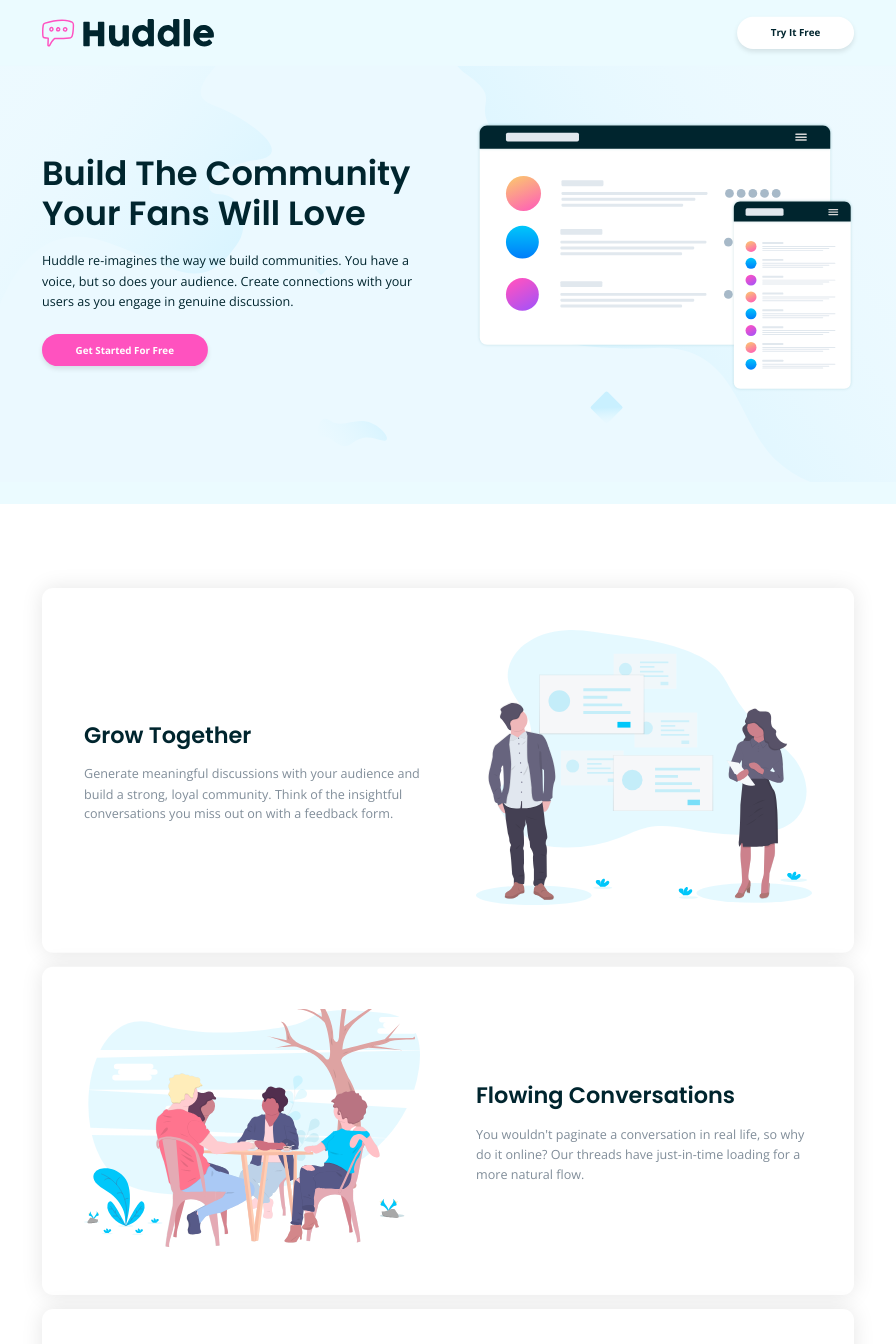
Repository: blordeus/huddle-landing-page
Page: index.html
The author's editor kept a copy of each file at every save. The page is drawn from the files as they stood at one save, then again after a run of saves.
The browser window is 1280 px wide. The pictures show the part of the page from y = 0 to 1920 px (the page is 3338 px tall), at 70% of full size.

Above is the page before, as saved 2025-07-01 11:27:06.

### index.html
<!DOCTYPE html>
<html lang="en">
<head>
  <meta charset="UTF-8">
  <meta name="viewport" content="width=device-width, initial-scale=1.0">
  <link rel="icon" type="image/png" sizes="32x32" href="./images/favicon-32x32.png">
  <title>Frontend Mentor | Huddle landing page with alternating feature blocks</title>

  <!-- Google Fonts -->
  <link rel="preconnect" href="https://fonts.googleapis.com">
  <link rel="preconnect" href="https://fonts.gstatic.com" crossorigin>
  <link href="https://fonts.googleapis.com/css2?family=Poppins:wght@600&family=Open+Sans:wght@400;700&display=swap" rel="stylesheet">
  <link rel="stylesheet" type="text/css" href="styles.css" />

  <!-- Font Awesome for social icons -->
  <link rel="stylesheet" href="https://cdnjs.cloudflare.com/ajax/libs/font-awesome/6.0.0/css/all.min.css">
</head>

<body>
  <div class="bg-wrapper">
  <!-- Header -->
  <header class="header">
    <div class="container">
      <div class="header-content">
        <img src="./images/logo.svg" alt="Logo">
        <a href="#" class="btn btn-outline">Try It Free</a>
      </div>
    </div>
  </header>

  <!-- Hero Section -->
  <section class="hero">
    <div class="container">
      <div class="hero-content">
        <div class="hero-text">
          <h1>Build The Community Your Fans Will Love</h1>
          <p>Huddle re-imagines the way we build communities. You have a voice, but so does your audience. Create connections with your users as you engage in genuine discussion.</p>
          <a href="#" class="btn">Get Started For Free</a>
        </div>
        <div class="hero-image">
          <img src="./images/illustration-mockups.svg" alt="Desktop and mobile chat interface showing community conversations">
        </div>
      </div>
    </div>
  </section>
  </div>

  <!-- Features Section -->
  <section class="features">
    <div class="container">
      <div class="feature">
        <div class="feature-content">
          <h2>Grow Together</h2>
          <p>Generate meaningful discussions with your audience and build a strong, loyal community. Think of the insightful conversations you miss out on with a feedback form.</p>
        </div>
        <div class="feature-image">
          <img src="./images/illustration-grow-together.svg" alt="Illustration of people having meaningful conversations and building community">
        </div>
      </div>

      <div class="feature">
        <div class="feature-content">
          <h2>Flowing Conversations</h2>
          <p>You wouldn't paginate a conversation in real life, so why do it online? Our threads have just-in-time loading for a more natural flow.</p>
        </div>
        <div class="feature-image">
          <img src="./images/illustration-flowing-conversation.svg" alt="Illustration of natural flowing conversation interface with seamless chat threads">
        </div>
      </div>

      <div class="feature">
        <div class="feature-content">
          <h2>Your Users</h2>
          <p>It takes no time at all to integrate Huddle with your app's authentication solution. This means, once signed in to your app, your users can start chatting immediately.</p>
        </div>
        <div class="feature-image">
          <img src="./images/illustration-your-users.svg" alt="Illustration showing easy user authentication and immediate chat access">
        </div>
      </div>
    </div>
  </section>

  <!-- Call to Action -->
  <section class="cta">
    <div class="container">
      <h2>Ready To Build Your Community?</h2>
      <a href="#" class="btn">Get Started For Free</a>
    </div>
  </section>

  <!-- Footer -->
  <footer class="footer">
    <div class="container">
      <a href="#" class="footer-logo">
            <img src="./images/logo.svg" alt="">
          </a>
      <div class="footer-content">
        <div class="footer-info">
          <div class="contact-info">
            <div class="contact-item">
              <img src="./images/icon-location.svg" alt="">
              <p>Lorem ipsum dolor sit amet, consectetur adipiscing elit, sed do eiusmod tempor incididunt ut labore et dolore magna aliqua</p>
            </div>
            <div class="contact-item">
              <img src="./images/icon-phone.svg" alt="">
              <p>+1-543-123-4567</p>
            </div>
            <div class="contact-item">
              <img src="./images/icon-email.svg" alt="">
              <p>example@huddle.com</p>
            </div>
          </div>
        </div>

        <div class="footer-links">
          <a href="#">About Us</a>
          <a href="#">What We Do</a>
          <a href="#">FAQ</a>
        </div>

        <div class="footer-links">
          <a href="#">Career</a>
          <a href="#">Blog</a>
          <a href="#">Contact Us</a>
        </div>

        <div class="social-icons">
          <a href="#" class="social-icon" aria-label="Facebook">
            <i class="fab fa-facebook-f"></i>
          </a>
          <a href="#" class="social-icon" aria-label="Twitter">
            <i class="fab fa-twitter"></i>
          </a>
          <a href="#" class="social-icon" aria-label="Instagram">
            <i class="fab fa-instagram"></i>
          </a>
        </div>
      </div>

      <div class="copyright">
        <p>&copy; Copyright 2018 Huddle. All rights reserved.</p>
      </div>
    </div>

    <p class="attribution">
      Challenge by <a href="https://www.frontendmentor.io?ref=challenge" target="_blank">Frontend Mentor</a>.
      Coded by <a href="#">Your Name Here</a>.
    </p>
  </footer>
</body>
</html>

### styles.css
    * {
      margin: 0;
      padding: 0;
      box-sizing: border-box;
    }

    body {
      font-family: 'Open Sans', sans-serif;
      font-size: 18px;
      line-height: 1.6;
      color: hsl(192, 100%, 9%);
    }

    .container {
      max-width: 1200px;
      margin: 0 auto;
      padding: 0 20px;
    }

    .bg-wrapper {
      background: hsl(193, 100%, 96%);
      min-height: 100vh;
      position: relative;
    }

    /* Header */
    .header {
      background: hsl(193, 100%, 96%);
      padding: 24px 0;
    }

    .header-content {
      display: flex;
      justify-content: space-between;
      align-items: center;
    }

    .header-content img {
      height: 40px;
    }

    .btn {
      background: hsl(322, 100%, 66%);
      color: white;
      border: none;
      padding: 12px 48px;
      border-radius: 24px;
      font-family: 'Open Sans', sans-serif;
      font-weight: 700;
      font-size: 14px;
      cursor: pointer;
      text-decoration: none;
      display: inline-block;
      transition: opacity 0.3s ease;
      box-shadow: 0 4px 8px rgba(0, 0, 0, 0.1);
    }

    .btn:hover {
      opacity: 0.8;
    }

    .btn-outline {
      background: white;
      box-shadow: 0 4px 8px rgba(0, 0, 0, 0.1);
      color: #00252E;
    }

    .btn-outline:hover {
      color: #808E9A;
    }

    /* Hero Section */
    .hero {
      background: hsl(199, 100%, 96%);
      background-image: url('./images/bg-hero-desktop.svg');
      background-size: cover;
      background-position: center;
      padding: 80px 0 120px;
    }

    .hero-content {
      display: grid;
      grid-template-columns: 1fr 1fr;
      gap: 80px;
      align-items: center;
    }

    .hero-text h1 {
      font-family: 'Poppins', sans-serif;
      font-weight: 600;
      font-size: 48px;
      line-height: 1.2;
      margin-bottom: 24px;
      color: hsl(192, 100%, 9%);
    }

    .hero-text p {
      font-size: 18px;
      color: hsl(192, 100%, 9%);
      margin-bottom: 32px;
      line-height: 1.6;
    }

    .hero-image {
      text-align: center;
    }

    .hero-image img {
      max-width: 100%;
      height: auto;
    }

    /* Features Section */
    .features {
      padding: 120px 0;
    }

    .feature {
      display: grid;
      grid-template-columns: 1fr 1fr;
      gap: 80px;
      align-items: center;
      margin-bottom: 20px;
      background: white;
      padding: 60px;
      border-radius: 16px;
      box-shadow: 0 0 30px rgba(0, 0, 0, 0.1);
    }

    .feature:nth-child(even) .feature-content {
      order: 2;
    }

    .feature:nth-child(even) .feature-image {
      order: 1;
    }

    .feature h2 {
      font-family: 'Poppins', sans-serif;
      font-weight: 600;
      font-size: 32px;
      margin-bottom: 16px;
      color: hsl(192, 100%, 9%);
    }

    .feature p {
      color: hsl(208, 11%, 55%);
      line-height: 1.6;
    }

    .feature-image {
      text-align: center;
    }

    .feature-image img {
      max-width: 100%;
      height: auto;
    }

    /* Call to Action */
    .cta {
      text-align: center;
      padding: 80px 0;
      background: white;
      width: 50%;
      margin: 0 auto;
      box-sizing: border-box;
      border-radius: 16px;
      box-shadow: 0 0 30px rgba(0, 0, 0, 0.1);
      position: relative;
      z-index: 2;
      transform: translateY(20%);
    }

    .cta a {
      background: hsl(322, 100%, 66%);
      color: white;
      padding: 16px 64px;
      border-radius: 24px;
      font-family: 'Open Sans', sans-serif;
      font-weight: 700;
      font-size: 14px;
      cursor: pointer;
      text-decoration: none;
      display: inline-block;
      transition: opacity 0.3s ease;
      box-shadow: 0 4px 8px rgba(0, 0, 0, 0.1);

    }

    .cta h2 {
      font-family: 'Poppins', sans-serif;
      font-weight: 600;
      font-size: 32px;
      margin-bottom: 32px;
      color: hsl(192, 100%, 9%);
    }

    /* Footer */
    .footer {
      background: hsl(192, 100%, 9%);
      color: white;
      padding: 120px 0 40px;
    }

    .footer-content {
      display: grid;
      grid-template-columns: 2fr 1fr 1fr 1fr;
      gap: 60px;
      margin-bottom: 40px;
    }

    .footer-logo {
      display: flex;
      align-items: center;
      gap: 8px;
      font-family: 'Poppins', sans-serif;
      font-weight: 600;
      font-size: 24px;
      color: white;
      text-decoration: none;
      margin-bottom: 24px;
    }

    .footer-logo .logo-icon {
      background: white;
      color: hsl(322, 100%, 66%);
    }

    .contact-info {
      display: flex;
      flex-direction: column;
      gap: 16px;
    }

    .contact-item {
      display: flex;
      align-items: flex-start;
      gap: 16px;
    }

    .contact-item i {
      margin-top: 4px;
      width: 16px;
    }

    .footer-links {
      display: flex;
      flex-direction: column;
      gap: 12px;
    }

    .footer-links a {
      color: white;
      text-decoration: none;
      transition: color 0.3s ease;
    }

    .footer-links a:hover {
      color: hsl(322, 100%, 66%);
    }

    .social-icons {
      display: flex;
      gap: 16px;
      justify-content: center;
    }

    .social-icon {
      width: 40px;
      height: 40px;
      border: 1px solid white;
      border-radius: 50%;
      display: flex;
      align-items: center;
      justify-content: center;
      color: white;
      text-decoration: none;
      transition: all 0.3s ease;
    }

    .social-icon:hover {
      color: hsl(322, 100%, 66%);
      border-color: hsl(322, 100%, 66%);
    }

    .copyright {
      text-align: center;
      font-size: 14px;
      color: hsl(208, 11%, 55%);
      padding-top: 40px;
      border-top: 1px solid hsl(208, 11%, 55%);
    }

    .attribution {
      font-size: 11px;
      text-align: center;
      margin-top: 20px;
    }

    .attribution a {
      color: hsl(228, 45%, 44%);
    }

    /* Responsive Design */
    @media (max-width: 768px) {
      .container {
        padding: 0 16px;
      }

      .hero {
        background-image: url('./images/bg-hero.svg');
      }

      .header-content {
        flex-direction: column;
        gap: 20px;
      }

      .hero-content {
        grid-template-columns: 1fr;
        gap: 40px;
        text-align: center;
      }

      .hero-text h1 {
        font-size: 32px;
      }

      .feature {
        grid-template-columns: 1fr;
        gap: 40px;
        padding: 40px 20px;
        text-align: center;
      }

      .feature:nth-child(even) .feature-content,
      .feature:nth-child(even) .feature-image {
        order: unset;
      }

      .footer-content {
        grid-template-columns: 1fr;
        gap: 40px;
        text-align: center;
      }

      .social-icons {
        justify-content: center;
      }

      .cta {
        margin: 0 16px;
        padding: 40px 20px;
      }

      .cta h2 {
        font-size: 24px;
      }
    }

After the next 2 saves:
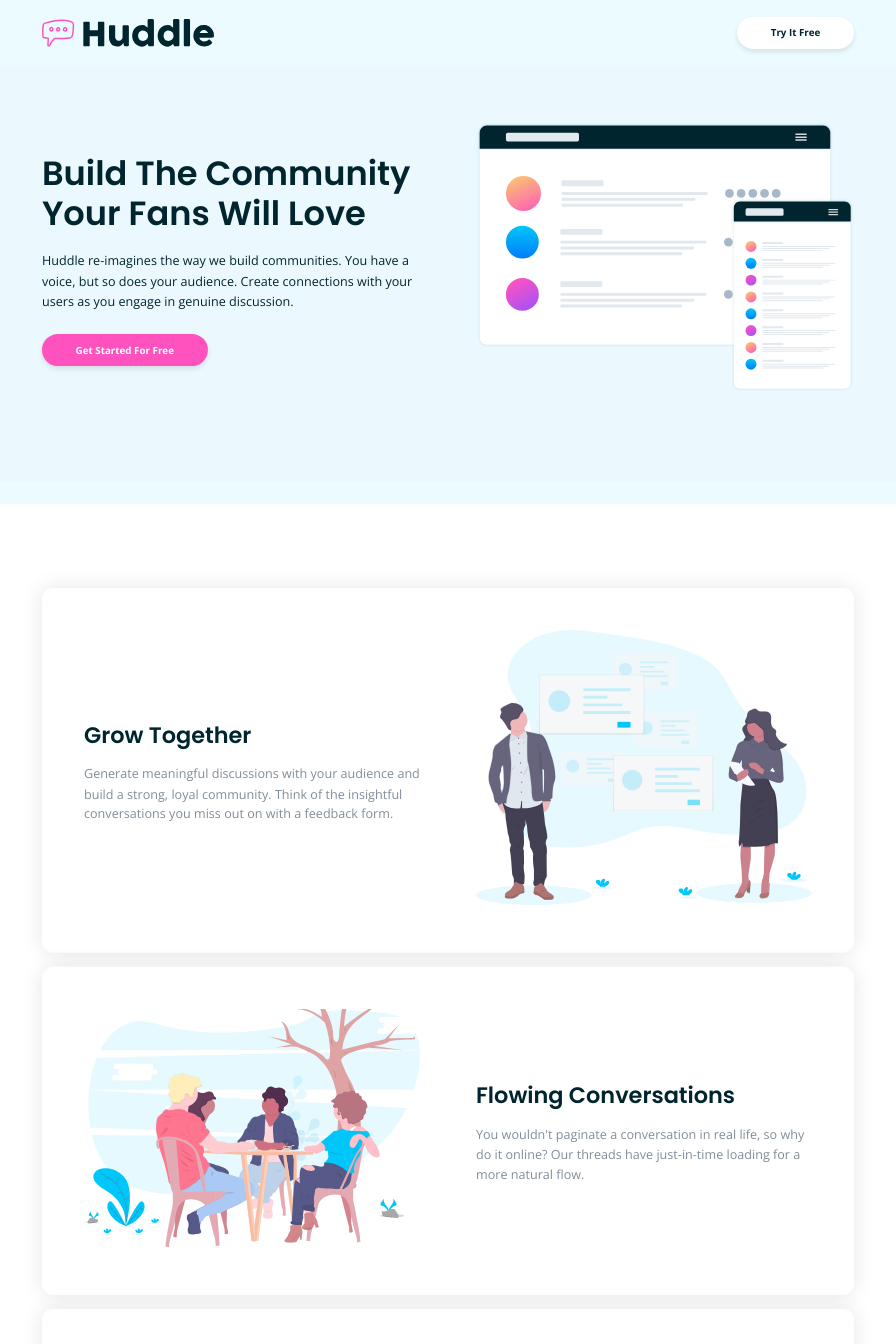
The 2 saves are shown as one change because they came seconds apart.
The last was saved 10 s later.
--- a/styles.css
+++ b/styles.css
@@ -72,9 +72,6 @@
     /* Hero Section */
     .hero {
       background: hsl(199, 100%, 96%);
-      background-image: url('./images/bg-hero-desktop.svg');
-      background-size: cover;
-      background-position: center;
       padding: 80px 0 120px;
     }
 
